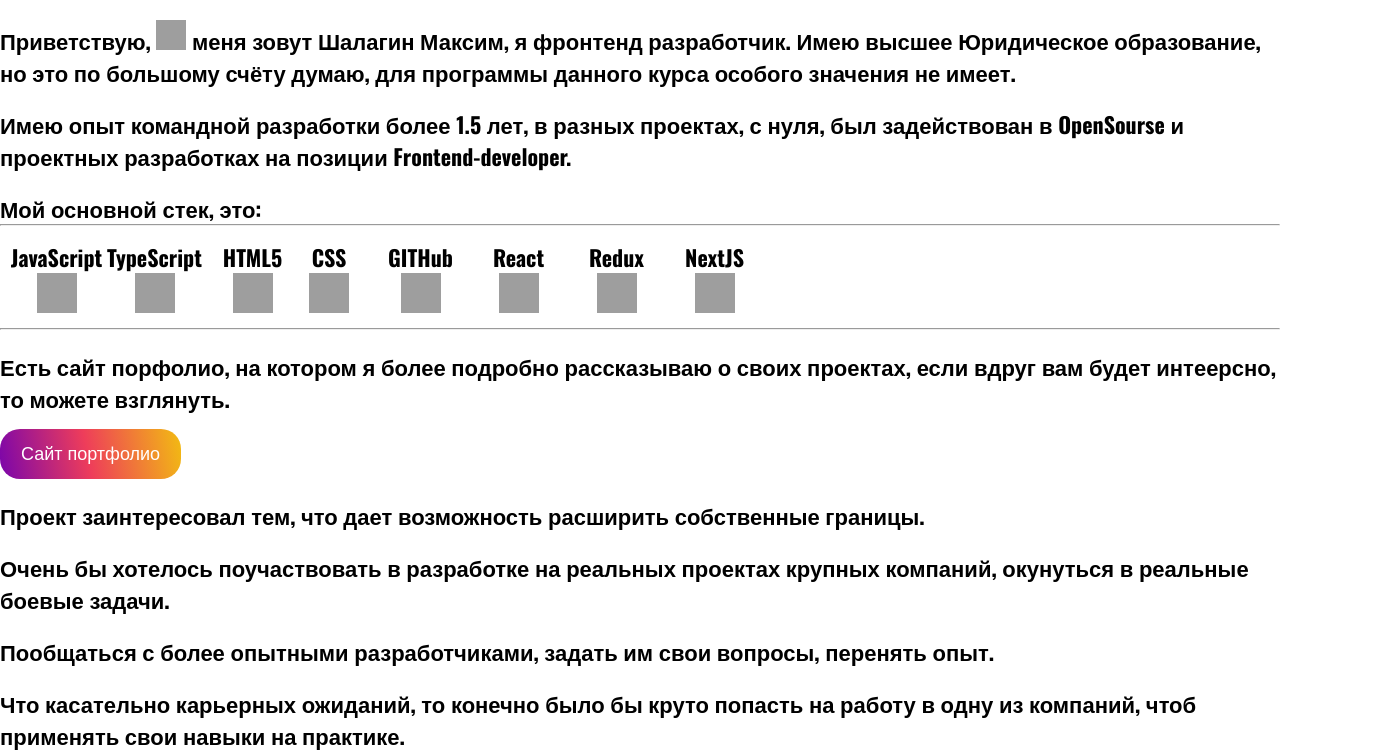
Repository: ni4egonepridumal/letter
Page: index.html
The author's editor kept a copy of each file at every save. The page is drawn from the files as they stood at one save, then again after the next save.
The browser window is 1280 px wide. The page is 1280 px wide, then 1377 px, then 1280 px, so the pictures cover 1377 px, including what lies to the right of the window. The pictures show the whole page.
Pictures or frames that could not be fetched are drawn as grey boxes.

Above is the page before, as saved 2024-01-18 18:04:28.

After the next save:
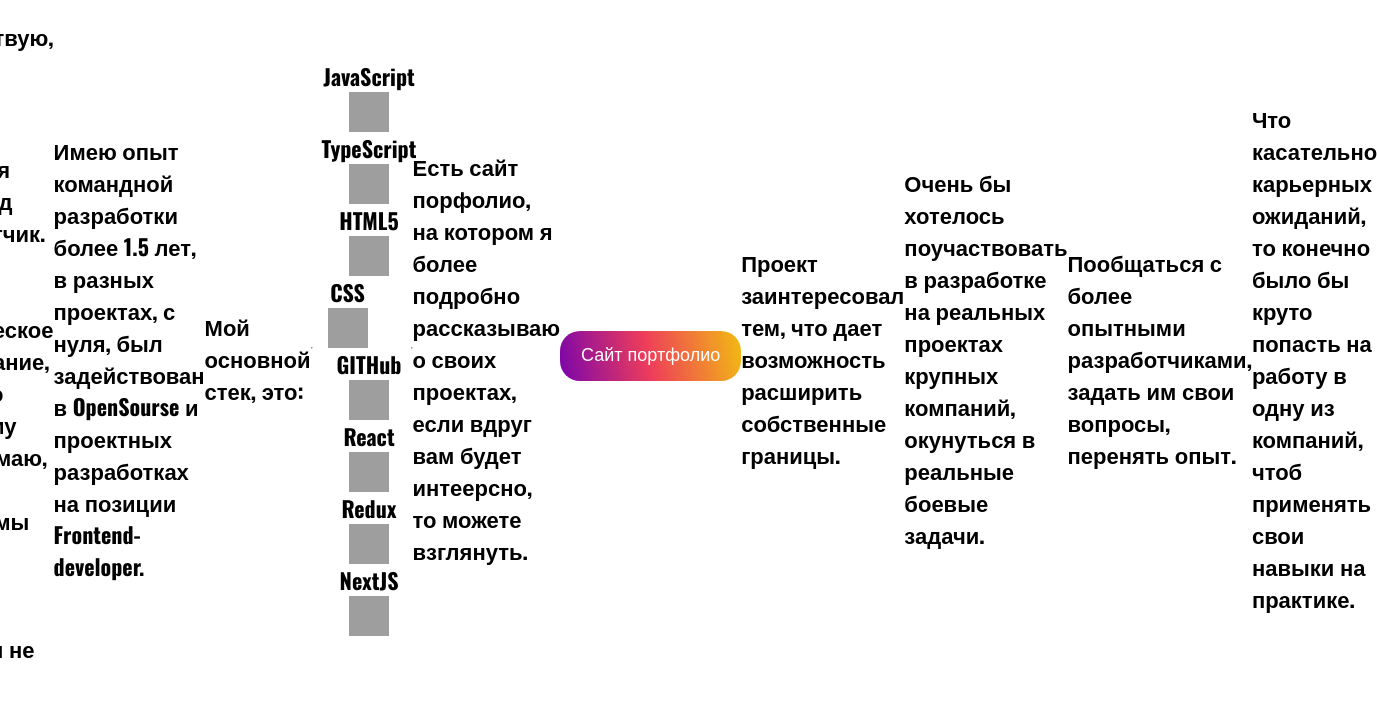
Saved 2 min 9 s later.
--- a/style.css
+++ b/style.css
@@ -14,7 +14,9 @@
 }
 .container {
   max-width: 1500px;
-  margin: 0 auto;
+  display: flex;
+  justify-content: center;
+  align-items: center;
 }
 .myScills {
   display: flex;

After the save that followed:
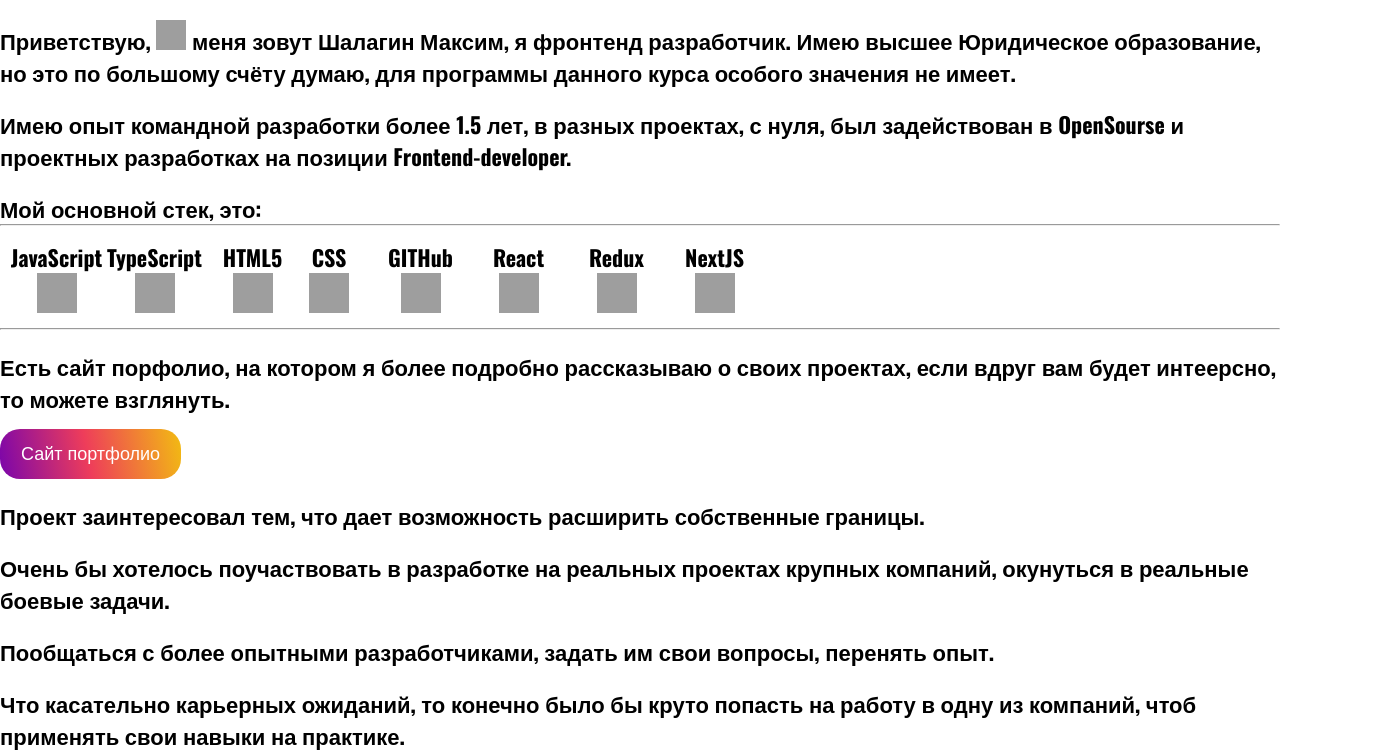
Saved 23 s later.
--- a/style.css
+++ b/style.css
@@ -8,15 +8,15 @@
   font-size: 22px;
   font-weight: 700;
   font-family: "Oswald", sans-serif;
+  display: flex;
+  justify-content: center;
+  align-items: center;
 }
 p {
   margin-top: 20px;
 }
 .container {
   max-width: 1500px;
-  display: flex;
-  justify-content: center;
-  align-items: center;
 }
 .myScills {
   display: flex;
